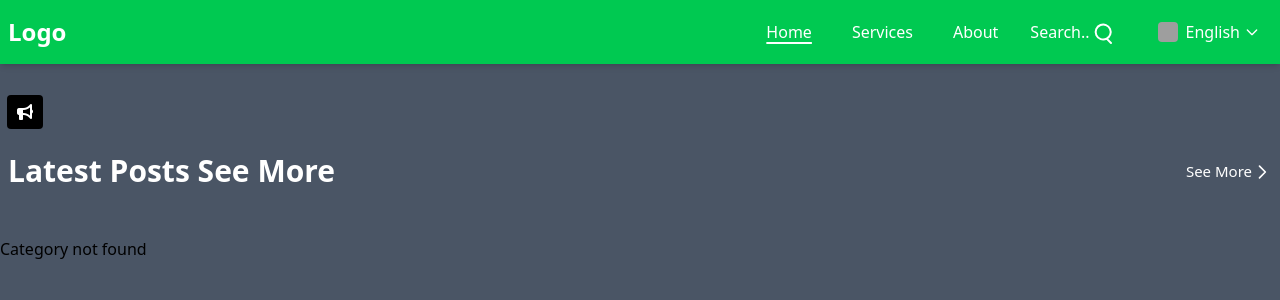
Repository: saroeuntola/we-share
Page: http://localhost/?lang=en
An editor plug-in stored every save of this project. The page is shown before and after the next save, followed by the edit.
The browser window is 1280 px wide. The pictures show the whole page.
Pictures or frames that could not be fetched are drawn as grey boxes. The page is run by PHP 8.4 with error messages shown; the project is at /var/www/html/. Style sheets and scripts are compiled from the project's sources, by tool versions that may differ from the author's. Queries for data that is not in the repository find no rows.

Above is the page before, as saved 2025-08-28 12:37:46.

### index.php
<!DOCTYPE html>
<html lang="en">

<head>
    <meta charset="UTF-8">
    <meta name="viewport" content="width=device-width, initial-scale=1.0">
    <title>Latest Posts</title>
    <link rel="stylesheet" href="./assets/css/output.css">
    <link rel="stylesheet" href="./assets/css/custom.css">
    <link rel="stylesheet" href="https://cdnjs.cloudflare.com/ajax/libs/font-awesome/6.0.0-beta3/css/all.min.css" />
    <script src="https://code.jquery.com/jquery-3.6.0.min.js"></script>
</head>

<body class="bg-gray-600">
    <header class="fixed z-10 w-full" id="header">
        <?php
        include 'head-bar.php'
        ?>
    </header>

    <main class="max-w-7xl m-auto mt-[95px]">
        <section class="mb-6">
            <?php
            include 'key-frame.php'
            ?>
        </section>

        <section>
            <?php
            include 'last-post-card.php'
            ?>

        </section>

        <section class="mt-6">
            <?php
            include 'programing-card.php'
            ?>
        </section>

        <section class="mt-6">
            <?php
            include 'web-dev-card.php'
            ?>
        </section>
    </main>


</body>

</html>

### key-frame.php
<style>
    /* Container */
    .container {
        width: 100%;
        overflow: hidden;
        margin: 0 auto;
        align-items: center;
        color: white;
    }

    /* Fixed icon on the left */
    .announcement-icon {
        background-color: brown;
        color: white;
        padding: 5px 10px;
        border-radius: 4px;
    }

    /* Announcement text */
    .announcement {
        font-family: Arial, sans-serif;
        font-size: 15px;
        display: inline-block;
        white-space: nowrap;
        animation: slideLeftToRight 20s linear infinite;
    }

    #main {
        display: flex;
        overflow: hidden;
        margin: 0 auto;
        align-items: center;
        max-width: 1212px;
        width: 100%;
        color: white;
    }

    /* Desktop animation */
    @keyframes slideLeftToRight {
        0% {
            transform: translateX(1210px);
        }

        100% {
            transform: translateX(-100%);
        }
    }

    /* Tablet */
    @media (max-width: 1024px) {
        #main {
            width: 95%;
        }

        .announcement {
            animation: slideLeftToRightTablet 18s linear infinite;
        }

        @keyframes slideLeftToRightTablet {
            0% {
                transform: translateX(768px);
            }

            100% {
                transform: translateX(-100%);
            }
        }
    }

    /* Mobile */
    @media (max-width: 480px) {
        #main {
            width: 92%;
        }

        .announcement {
            animation: slideLeftToRightMobile 15s linear infinite;
        }

        @keyframes slideLeftToRightMobile {
            0% {
                transform: translateX(400px);
            }

            100% {
                transform: translateX(-100%);
            }
        }
    }
</style>
<style>
    /* Container */
    .container {
        width: 100%;
        overflow: hidden;
        margin: 0 auto;
        align-items: center;
        color: white;
    }

    /* Fixed icon on the left */
    .announcement-icon {
        background-color: black;
        color: white;
        padding: 5px 10px;
        border-radius: 4px;
    }

    /* Announcement text */
    .announcement {
        font-family: Arial, sans-serif;
        font-size: 15px;
        display: inline-block;
        white-space: nowrap;
        animation: slideLeftToRight 20s linear infinite;

    }

    #main {
        display: flex;
        overflow: hidden;
        margin: 0 auto;
        align-items: center;
        max-width: 1280px;
        width: 100%;
      padding: 0px 7px;

    }

    /* Desktop animation */
    @keyframes slideLeftToRight {
        0% {
            transform: translateX(1280px);
        }

        100% {
            transform: translateX(-100%);
        }
    }

    /* Tablet */
    @media (max-width: 1024px) {

        .announcement {
            animation: slideLeftToRightTablet 18s linear infinite;
        }

        @keyframes slideLeftToRightTablet {
            0% {
                transform: translateX(768px);
            }

            100% {
                transform: translateX(-100%);
            }
        }
    }

    /* Mobile */
    @media (max-width: 480px) {

        .announcement {
            animation: slideLeftToRightMobile 15s linear infinite;
        }

        @keyframes slideLeftToRightMobile {
            0% {
                transform: translateX(400px);
            }

            100% {
                transform: translateX(-100%);
            }
        }
    }
</style>



<div id="main">
    <div class="announcement-icon"><i class="fas fa-bullhorn"></i></div>
    <div class="container">
        <!-- Sliding text -->
     <p class="announcement">Welcome</p>
    </div>
</div>

### last-post-card.php
<?php
include './admin/lib/db.php';
include './admin/lib/post_lib.php';
include './admin/lib/category_lib.php';
include './admin/lib/subcategory_lib.php';
$lang = isset($_GET['lang']) && in_array($_GET['lang'], ['en', 'kh']) ? $_GET['lang'] : 'en';

$postModel = new Post($lang);
$categoryModel = new Category($lang);
$subcategoryModel = new Subcategory($lang);

// Get latest 10 posts
$latestPosts = $postModel->getPosts();
usort($latestPosts, function ($a, $b) {
    return strtotime($b['created_at']) - strtotime($a['created_at']);
});
$displayPosts = array_slice($latestPosts, 0, 8);


?>

<style>
    .scroll-x {
        overflow-x: auto;
        white-space: nowrap;
        padding-bottom: 1rem;
    }

    p,
    h2 {
        color: white;
    }
</style>
<section class="px-2">

    <div class="flex justify-between items-center mb-6">
        <h1 class="text-xl lg:text-3xl md:text-2xl font-bold text-white <?= $lang === 'kh' ? 'khmer-font-nav' : '' ?>">Latest Posts <?= $lang === 'en' ? 'See More' : 'មើលទាំងអស់' ?></h1>
        <a href="last-post"
            class="inline-flex items-center justify-center text-center text-white hover:text-green-400 text-[15px] transition <?= $lang === 'kh' ? 'khmer-font' : '' ?> ">
            <?= $lang === 'en' ? 'See More' : 'មើលទាំងអស់' ?>
            <svg class="w-5 h-5 mt-[1px]" fill="none" stroke="currentColor" stroke-width="2"
                viewBox="0 0 24 24" xmlns="http://www.w3.org/2000/svg">
                <path stroke-linecap="round" stroke-linejoin="round" d="M9 5l7 7-7 7" />
            </svg>
        </a>
    </div>

    <!-- Desktop grid -->
    <div class="hidden md:grid md:grid-cols-3 lg:grid-cols-4 gap-2">
        <?php foreach ($displayPosts as $p): ?>
            <a href="detail.php?slug=<?= htmlspecialchars($p['slug']) ?>&lang=<?= $lang ?>">
                <div class="card bg-gray-800 rounded-lg shadow-md hover:shadow-lg overflow-hidden">
                    <?php if (!empty($p['image'])): ?>
                        <img src="./admin/posts/uploads/<?= htmlspecialchars($p['image']) ?>"
                            alt="<?= htmlspecialchars($p['name']) ?>"
                            class="w-full h-[90px] md:h-[130px] lg:h-[160px] object-cover rounded-none">
                    <?php endif; ?>
                    <div class="card-body px-4 py-2">
                        <h2 class="font-semibold text-lg mb-1"><?= htmlspecialchars($p['name']) ?></h2>

                    </div>
                </div>
            </a>

        <?php endforeach; ?>
    </div>

    <!-- Mobile horizontal scroll -->
    <div class="overflow-x-auto md:hidden py-2">
        <div class="flex space-x-2">
            <?php foreach ($displayPosts as $p): ?>
                <a href="detail.php?slug=<?= htmlspecialchars($p['slug']) ?>" class="flex-shrink-0">
                    <div
                        class="card bg-gray-800 rounded-lg shadow-md hover:shadow-lg overflow-hidden w-[167px] sm:w-[200px]">
                        <?php if (!empty($p['image'])): ?>
                            <img src="./admin/posts/uploads/<?= htmlspecialchars($p['image']) ?>"
                                alt="<?= htmlspecialchars($p['name']) ?>"
                                class="w-full h-[90px] sm:h-[120px] object-cover">
                        <?php endif; ?>
                        <div class="card-body px-2 py-1">
                            <h2 class="font-semibold text-sm break-words"><?= htmlspecialchars($p['name']) ?></h2>
                        </div>
                    </div>
                </a>
            <?php endforeach; ?>
        </div>
    </div>
</section>

### admin/lib/db.php

<?php

function dbConn()
{
   $servername = "localhost";
    $username = "root";
    $password = "";
    $db = "weshare";

    try {
        $conn = new PDO("mysql:host=$servername;dbname=$db", $username, $password);
        $conn->setAttribute(PDO::ATTR_ERRMODE, PDO::ERRMODE_EXCEPTION);
        return $conn;
    } catch (PDOException $e) {
        die("Connection failed: " . $e->getMessage());
    }
}

function dbClose(&$conn)
{
    $conn = null;
}

function dbSelect($table, $column = "*", $criteria = "", $clause = "")
{
    if (empty($table)) return false;

    $sql = "SELECT $column FROM $table";
    if (!empty($criteria)) $sql .= " WHERE $criteria";
    if (!empty($clause)) $sql .= " $clause";

    $conn = dbConn();
    try {
        $stmt = $conn->query($sql);
        $result = $stmt->fetchAll(PDO::FETCH_ASSOC);
        dbClose($conn);
        return $result;
    } catch (PDOException $e) {
        echo "Error in selecting data: " . $e->getMessage();
        return false;
    }
}

function dbInsert($table, $data = array())
{
    if (empty($table) || empty($data)) return false;

    $conn = dbConn();
    $fields = implode(", ", array_keys($data));
    $placeholders = ":" . implode(", :", array_keys($data));
    $sql = "INSERT INTO $table ($fields) VALUES ($placeholders)";

    try {
        $stmt = $conn->prepare($sql);
        $stmt->execute($data);
        dbClose($conn);
        return true;
    } catch (PDOException $e) {
        echo "Error inserting data: " . $e->getMessage();
        return false;
    }
}

function dbUpdate($table, $data = array(), $criteria = "")
{
    if (empty($table) || empty($data) || empty($criteria)) return false;

    $conn = dbConn();
    $setClause = "";
    foreach ($data as $key => $val) {
        $setClause .= "$key = :$key, ";
    }
    $setClause = rtrim($setClause, ", ");
    $sql = "UPDATE $table SET $setClause WHERE $criteria";

    try {
        $stmt = $conn->prepare($sql);
        $stmt->execute($data);
        dbClose($conn);
        return true;
    } catch (PDOException $e) {
        echo "Error updating data: " . $e->getMessage();
        return false;
    }
}

function dbDelete($table, $criteria)
{
    if (empty($table) || empty($criteria)) return false;

    $sql = "DELETE FROM $table WHERE $criteria";
    $conn = dbConn();

    try {
        $stmt = $conn->prepare($sql);
        $stmt->execute();
        dbClose($conn);
        return true;
    } catch (PDOException $e) {
        echo "Error deleting data: " . $e->getMessage();
        return false;
    }
}

function dbCount($table = "", $criteria = "")
{
    if (empty($table)) return false;

    $sql = "SELECT COUNT(*) as count FROM $table";
    if (!empty($criteria)) $sql .= " WHERE $criteria";

    $conn = dbConn();
    try {
        $stmt = $conn->query($sql);
        $result = $stmt->fetch(PDO::FETCH_ASSOC);
        dbClose($conn);
        return $result['count'];
    } catch (PDOException $e) {
        echo "Error counting data: " . $e->getMessage();
        return false;
    }
}

?>

### admin/lib/category_lib.php
<?php
class Category
{
    private $db;
    private $lang;

    public function __construct($lang = 'en')
    {
        $this->db = dbConn();
        $this->lang = in_array($lang, ['en', 'kh']) ? $lang : 'en';
    }

    private function generateSlug($string)
    {
        $slug = strtolower(trim($string));
        $slug = preg_replace('/[^a-z0-9\- ]/', '', $slug);
        $slug = preg_replace('/\s+/', '-', $slug);
        $slug = preg_replace('/-+/', '-', $slug);

        $baseSlug = $slug;
        $i = 1;
        while ($this->slugExists($slug)) {
            $slug = $baseSlug . '-' . $i;
            $i++;
        }
        return $slug;
    }

    private function slugExists($slug)
    {
        $stmt = $this->db->prepare("SELECT COUNT(*) FROM categories WHERE slug = :slug");
        $stmt->execute(['slug' => $slug]);
        return $stmt->fetchColumn() > 0;
    }

    public function createCategory($name_en, $name_kh = null)
    {
        $slug = $this->generateSlug($name_en);
        $stmt = $this->db->prepare("INSERT INTO categories (name, name_kh, slug) VALUES (:name, :name_kh, :slug)");
        return $stmt->execute([
            'name' => $name_en,
            'name_kh' => $name_kh,
            'slug' => $slug
        ]);
    }

    // GET all categories
    public function getCategories()
    {
        $sql = "SELECT *,
                CASE WHEN :lang = 'kh' THEN name_kh ELSE name END AS name
                FROM categories
                ORDER BY name ASC";
        $stmt = $this->db->prepare($sql);
        $stmt->bindValue(':lang', $this->lang, PDO::PARAM_STR);
        $stmt->execute();
        return $stmt->fetchAll(PDO::FETCH_ASSOC);
    }

    // GET category by ID or slug
    public function getCategory($identifier)
    {
        if (is_numeric($identifier)) {
            $sql = "SELECT *,
                    CASE WHEN :lang = 'kh' THEN name_kh ELSE name END AS name
                    FROM categories
                    WHERE id = :id
                    LIMIT 1";
            $stmt = $this->db->prepare($sql);
            $stmt->bindValue(':id', $identifier, PDO::PARAM_INT);
        } else {
            $sql = "SELECT *,
                    CASE WHEN :lang = 'kh' THEN name_kh ELSE name END AS name
                    FROM categories
                    WHERE slug = :slug
                    LIMIT 1";
            $stmt = $this->db->prepare($sql);
            $stmt->bindValue(':slug', $identifier, PDO::PARAM_STR);
        }
        $stmt->bindValue(':lang', $this->lang, PDO::PARAM_STR);
        $stmt->execute();
        return $stmt->fetch(PDO::FETCH_ASSOC);
    }

    public function updateCategory($id, $newName_en, $newName_kh = null, $newImage = null)
    {
        $slug = $this->generateSlug($newName_en);
        $stmt = $this->db->prepare("
            UPDATE categories SET
                name = :name_en,
                name_kh = :name_kh,
                slug = :slug,
                cat_image = :cat_image
            WHERE id = :id
        ");
        return $stmt->execute([
            'name_en' => $newName_en,
            'name_kh' => $newName_kh,
            'slug' => $slug,
            'cat_image' => $newImage,
            'id' => $id
        ]);
    }

    public function deleteCategory($id)
    {
        $stmt = $this->db->prepare("DELETE FROM categories WHERE id = :id");
        return $stmt->execute(['id' => $id]);
    }

    public function deleteCatBySlug($slug)
    {
        $stmt = $this->db->prepare("DELETE FROM categories WHERE slug = :slug");
        return $stmt->execute(['slug' => $slug]);
    }
}

### admin/lib/subcategory_lib.php
<?php
class Subcategory
{
    private $db;
    private $lang;

    public function __construct($lang = 'en')
    {
        $this->db = dbConn();
        $this->lang = in_array($lang, ['en', 'kh']) ? $lang : 'en';
    }

    // GET all subcategories
    public function getAllSubcategory($lang = 'en')
    {
        $lang = in_array($lang, ['en', 'kh']) ? $lang : 'en';

        $sql = "SELECT s.*,
                   CASE WHEN :lang = 'kh' THEN s.name_kh ELSE s.name END AS name,
                   c.name AS category_name
            FROM subcategories s
            INNER JOIN categories c ON s.category_id = c.id";

        $stmt = $this->db->prepare($sql);
        $stmt->bindValue(':lang', $lang, PDO::PARAM_STR);
        $stmt->execute();

        return $stmt->fetchAll(PDO::FETCH_ASSOC);
    }


    private function generateSlug($string)
    {
        $slug = strtolower(trim($string));
        $slug = preg_replace('/[^a-z0-9\- ]/', '', $slug);
        $slug = preg_replace('/\s+/', '-', $slug);
        $slug = preg_replace('/-+/', '-', $slug);

        $baseSlug = $slug;
        $i = 1;
        while ($this->slugExists($slug)) {
            $slug = $baseSlug . '-' . $i;
            $i++;
        }
        return $slug;
    }

    private function slugExists($slug)
    {
        $stmt = $this->db->prepare("SELECT COUNT(*) FROM subcategories WHERE slug = :slug");
        $stmt->execute(['slug' => $slug]);
        return $stmt->fetchColumn() > 0;
    }

    // CREATE subcategory
    public function createSubcategory($category_id, $name_en, $name_kh = null, $added_by = null)
    {
        $slug = $this->generateSlug($name_en);
        $stmt = $this->db->prepare("
            INSERT INTO subcategories (category_id, name, name_kh, slug, added_by)
            VALUES (:category_id, :name_en, :name_kh, :slug, :added_by)
        ");
        return $stmt->execute([
            'category_id' => $category_id,
            'name_en' => $name_en,
            'name_kh' => $name_kh,
            'slug' => $slug,
            'added_by' => $added_by
        ]);
    }

    // GET subcategories by category ID
    public function getSubcategoriesByCategory($category_id)
    {
        $sql = "SELECT *,
                CASE WHEN :lang = 'kh' THEN name_kh ELSE name END AS name
                FROM subcategories
                WHERE category_id = :category_id
                ORDER BY name ASC";
        $stmt = $this->db->prepare($sql);
        $stmt->bindValue(':category_id', $category_id, PDO::PARAM_INT);
        $stmt->bindValue(':lang', $this->lang, PDO::PARAM_STR);
        $stmt->execute();
        return $stmt->fetchAll(PDO::FETCH_ASSOC);
    }

    // GET subcategories by category slug
    public function getSubcategoriesByCategorySlug($category_slug)
    {
        $sql = "SELECT s.*,
                CASE WHEN :lang = 'kh' THEN s.name_kh ELSE s.name END AS name
                FROM subcategories s
                INNER JOIN categories c ON s.category_id = c.id
                WHERE c.slug = :slug
                ORDER BY s.name ASC";
        $stmt = $this->db->prepare($sql);
        $stmt->bindValue(':slug', $category_slug, PDO::PARAM_STR);
        $stmt->bindValue(':lang', $this->lang, PDO::PARAM_STR);
        $stmt->execute();
        return $stmt->fetchAll(PDO::FETCH_ASSOC);
    }

    // GET single subcategory by ID or slug
    public function getSubcategory($identifier)
    {
        if (is_numeric($identifier)) {
            $sql = "SELECT *,
                    CASE WHEN :lang = 'kh' THEN name_kh ELSE name END AS name
                    FROM subcategories
                    WHERE id = :id
                    LIMIT 1";
            $stmt = $this->db->prepare($sql);
            $stmt->bindValue(':id', $identifier, PDO::PARAM_INT);
        } else {
            $sql = "SELECT *,
                    CASE WHEN :lang = 'kh' THEN name_kh ELSE name END AS name
                    FROM subcategories
                    WHERE slug = :slug
                    LIMIT 1";
            $stmt = $this->db->prepare($sql);
            $stmt->bindValue(':slug', $identifier, PDO::PARAM_STR);
        }

        $stmt->bindValue(':lang', $this->lang, PDO::PARAM_STR);
        $stmt->execute();
        return $stmt->fetch(PDO::FETCH_ASSOC);
    }

    // UPDATE subcategory
    public function updateSubcategory($identifier, $newName_en = null, $newName_kh = null, $newCategoryId = null, $newAdded_by = null)
    {
        $sub = $this->getSubcategory($identifier);
        if (!$sub) return false;

        $slug = $newName_en ? $this->generateSlug($newName_en) : $sub['slug'];

        $sql = "UPDATE subcategories SET name = :name_en, name_kh = :name_kh, slug = :slug";
        $params = [
            'name_en' => $newName_en ?? $sub['name'],
            'name_kh' => $newName_kh ?? $sub['name_kh'],
            'slug' => $slug,
            'id' => $sub['id']
        ];

        if ($newCategoryId !== null) {
            $sql .= ", category_id = :category_id";
            $params['category_id'] = $newCategoryId;
        }

        if ($newAdded_by !== null) {
            $sql .= ", added_by = :added_by";
            $params['added_by'] = $newAdded_by;
        }

        $sql .= " WHERE id = :id";
        $stmt = $this->db->prepare($sql);
        return $stmt->execute($params);
    }

    // DELETE subcategory
    public function deleteSubcategory($identifier)
    {
        $sub = $this->getSubcategory($identifier);
        if (!$sub) return false;

        $stmt = $this->db->prepare("DELETE FROM subcategories WHERE id = :id");
        return $stmt->execute(['id' => $sub['id']]);
    }
}

### programing-card.php
<?php

$categoryModel = new Category();
$subcategoryModel = new Subcategory();
$postModel = new Post();

$categorySlug = "programming";

$programingCat = $categoryModel->getCategory($categorySlug);
if (!$programingCat) die("Category not found");

$subcategories = $subcategoryModel->getSubcategoriesByCategorySlug($categorySlug);

$filterSubSlug = $_GET['sub'] ?? null;

$limit = 8;
$posts = $filterSubSlug
    ? $postModel->getPostsByCategoryAndSubcategorySlug($categorySlug, $filterSubSlug, $limit)
    : $postModel->getPostsByCategorySlug($categorySlug, $limit);
?>

<section class="px-2">
    <div class="flex justify-between items-center mb-6">
        <h1 class="text-xl lg:text-3xl md:text-2xl font-bold text-white">Latest Posts</h1>
        <a href="programming"
            class="inline-flex items-center justify-center text-center text-white hover:text-green-400 text-[15px] transition ">
            See More
            <svg class="w-5 h-5 mt-[1px]" fill="none" stroke="currentColor" stroke-width="2"
                viewBox="0 0 24 24" xmlns="http://www.w3.org/2000/svg">
                <path stroke-linecap="round" stroke-linejoin="round" d="M9 5l7 7-7 7" />
            </svg>
        </a>
    </div>
    <!-- Desktop grid -->
    <div class="hidden md:grid md:grid-cols-3 lg:grid-cols-4 gap-2">
        <?php foreach ($posts as $p):
            $sub = $p['subcategory_id'] ? $subcategoryModel->getSubcategory($p['subcategory_id']) : null;
        ?>
            <a href="detail.php?slug=<?= htmlspecialchars($p['slug']) ?>">
                <div class="card bg-gray-800 rounded-lg shadow-md hover:shadow-lg overflow-hidden">
                    <?php if (!empty($p['image'])): ?>
                        <img src="./admin/posts/uploads/<?= htmlspecialchars($p['image']) ?>"
                            alt="<?= htmlspecialchars($p['name']) ?>"
                            class="w-full h-[90px] md:h-[130px] lg:h-[160px] object-cover rounded-none">
                    <?php endif; ?>
                    <div class="card-body px-4 py-2">
                        <h2 class="font-semibold text-lg mb-1"><?= htmlspecialchars($p['name']) ?></h2>

                    </div>
                </div>
            </a>

        <?php endforeach; ?>
    </div>

    <!-- Mobile horizontal scroll -->
    <div class="overflow-x-auto md:hidden py-2">
        <div class="flex space-x-2">
            <?php foreach ($posts as $p): ?>
                <a href="detail.php?slug=<?= htmlspecialchars($p['slug']) ?>" class="flex-shrink-0">
                    <div
                        class="card bg-gray-800 rounded-lg shadow-md hover:shadow-lg overflow-hidden w-[167px] sm:w-[200px]">
                        <?php if (!empty($p['image'])): ?>
                            <img src="./admin/posts/uploads/<?= htmlspecialchars($p['image']) ?>"
                                alt="<?= htmlspecialchars($p['name']) ?>"
                                class="w-full h-[90px] sm:h-[120px] object-cover">
                        <?php endif; ?>
                        <div class="card-body px-2 py-1">
                            <h2 class="font-semibold text-sm break-words"><?= htmlspecialchars($p['name']) ?></h2>
                        </div>
                    </div>
                </a>
            <?php endforeach; ?>
        </div>
    </div>
</section>

### assets/css/custom.css
#header {
  top: 0;
}

.khmer-font-nav{
    font-family: "Moul", serif;
    font-weight: 400;
    font-style: normal;
    font-size: 14px;
}

    .khmer-font {
        font-family: "Battambang", system-ui;
        font-weight: 100;
        font-style: normal;
        font-size: 13px;
    }

Loaded but not shown: assets/css/input.css (common file); head-bar.php (327 lines, source omitted); admin/lib/post_lib.php (256 lines, source omitted)

After the next save:
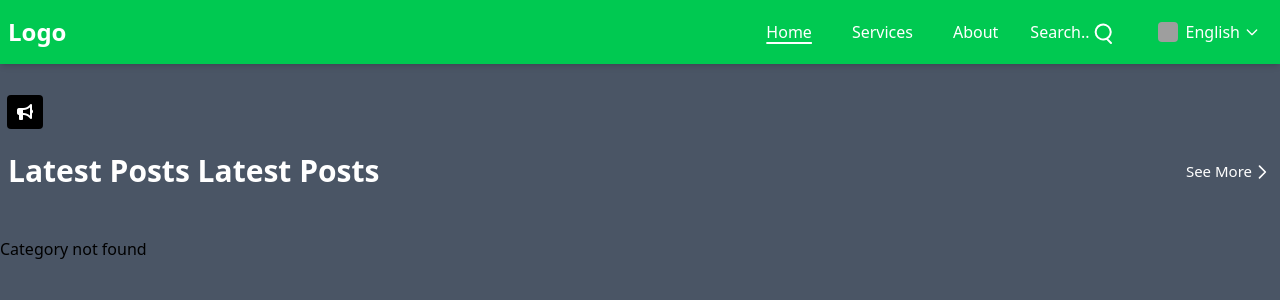
Saved 9 s later.
--- a/last-post-card.php
+++ b/last-post-card.php
@@ -34,7 +34,7 @@ $displayPosts = array_slice($latestPosts, 0, 8);
 <section class="px-2">
 
     <div class="flex justify-between items-center mb-6">
-        <h1 class="text-xl lg:text-3xl md:text-2xl font-bold text-white <?= $lang === 'kh' ? 'khmer-font-nav' : '' ?>">Latest Posts <?= $lang === 'en' ? 'See More' : 'មើលទាំងអស់' ?></h1>
+        <h1 class="text-xl lg:text-3xl md:text-2xl font-bold text-white <?= $lang === 'kh' ? 'khmer-font-nav' : '' ?>">Latest Posts <?= $lang === 'en' ? 'Latest Posts' : 'មើលទាំងអស់' ?></h1>
         <a href="last-post"
             class="inline-flex items-center justify-center text-center text-white hover:text-green-400 text-[15px] transition <?= $lang === 'kh' ? 'khmer-font' : '' ?> ">
             <?= $lang === 'en' ? 'See More' : 'មើលទាំងអស់' ?>
